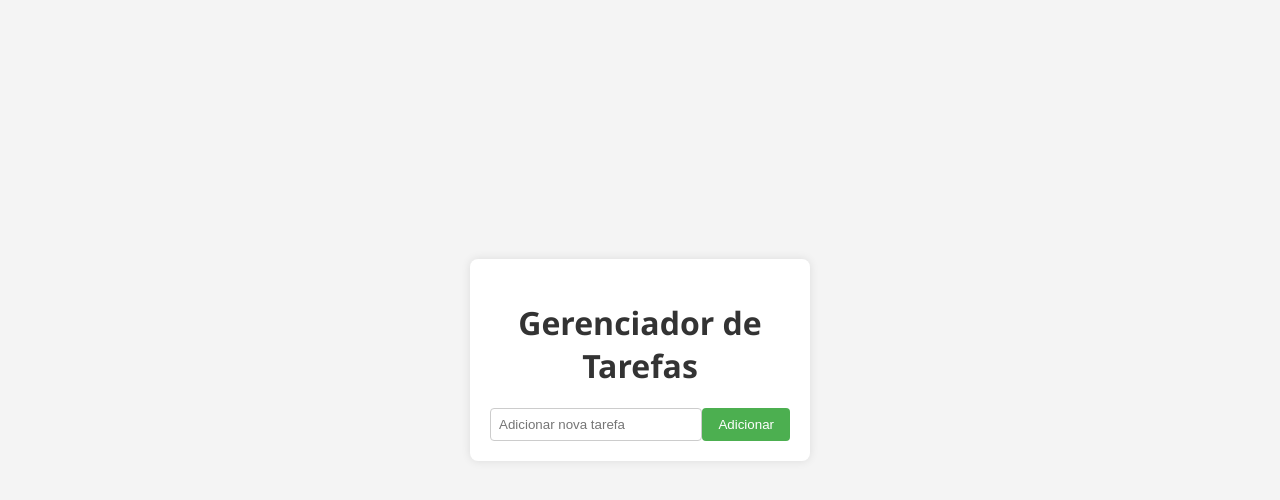
Repository: Matheus904-12/Musica
Page: index.html
The author's editor kept a copy of each file at every save. The page is drawn from the files as they stood at one save, then again after the next save.
The browser window is 1280 px wide. The pictures show the whole page.

Above is the page before, as saved 2024-01-08 20:05:03.

After the next save:
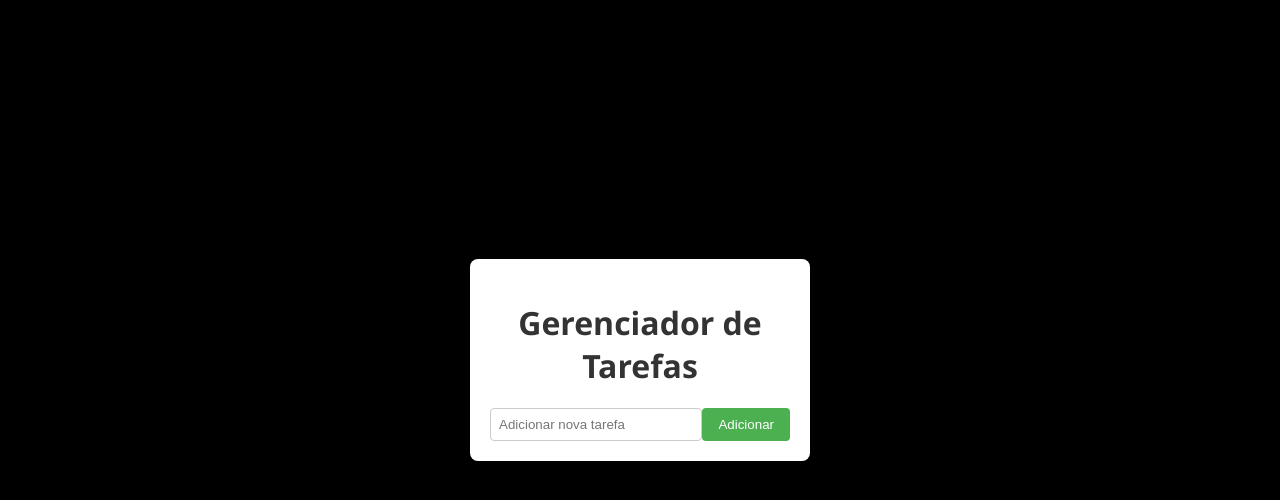
Saved 34 s later.
--- a/style.css
+++ b/style.css
@@ -1,6 +1,6 @@
 body {
     font-family: 'Segoe UI', Tahoma, Geneva, Verdana, sans-serif;
-    background-color: #f4f4f4;
+    background-color: #000000;
     margin: 0;
     display: flex;
     align-items: center;
